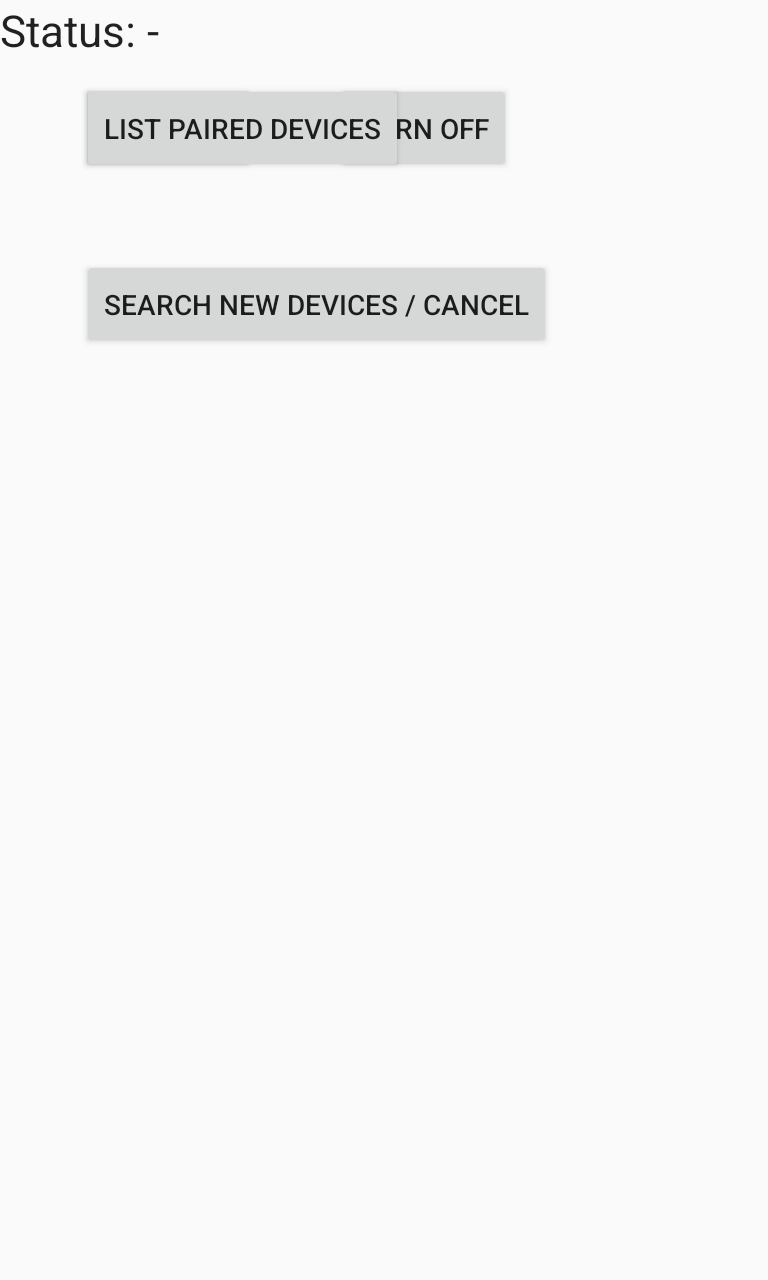
Repository: maayanGitHub/dont4getme
Layout: Dont4getMe/res/layout/activity_main.xml
The author's editor kept a copy of each file at every save. The layout is drawn from the files as they stood at one save, then again after the next save.
It is drawn on a 768 x 1280 px phone screen (xhdpi) without system bars, with theme AppTheme; the app's code is not run. Lists and similar views that code fills are empty.

Above is the layout before, as saved 2014-03-19 09:34:27.

### Dont4getMe/res/layout/activity_main.xml
<RelativeLayout xmlns:android="http://schemas.android.com/apk/res/android"
   xmlns:tools="http://schemas.android.com/tools"
   android:layout_width="match_parent"
   android:layout_height="match_parent"
   tools:context=".MainActivity" >

  <TextView
       android:id="@+id/text"
       android:layout_width="wrap_content"
       android:layout_height="wrap_content"
       android:textAppearance="?android:attr/textAppearanceLarge"
       android:text="@string/Text" />

   <LinearLayout
      android:layout_width="match_parent"
      android:layout_height="wrap_content"
      android:orientation="horizontal"
      android:layout_marginTop="30dp"
      android:layout_margin="20dip"  >

   <Button
      android:id="@+id/turnOn"
      android:layout_width="wrap_content"
      android:layout_height="wrap_content"
      android:text="@string/on"
      android:layout_margin="20dip" />

   <Button
      android:id="@+id/turnOff"
      android:layout_width="wrap_content"
      android:layout_height="wrap_content"
      android:text="@string/off"
      android:layout_margin="20dip"  />

   </LinearLayout>


   <LinearLayout
      android:layout_width="match_parent"
      android:layout_height="wrap_content"
      android:orientation="vertical"
      android:layout_marginTop="80dp"
      android:layout_margin="20dip"  >

	   <Button
	      android:id="@+id/paired"
	      android:layout_width="wrap_content"
	      android:layout_height="wrap_content"
	      android:text="@string/List"
	      android:layout_margin="20dip" />

	   <Button
	      android:id="@+id/search"
	      android:layout_width="wrap_content"
	      android:layout_height="wrap_content"
	      android:text="@string/Find"
	      android:layout_margin="20dip" />

	   <ListView
	       android:id="@+id/listView1"
	       android:layout_width="fill_parent"
	       android:layout_height="200dp"
	       android:layout_margin="20dip"  >

	   </ListView>

   </LinearLayout>

</RelativeLayout>

### Dont4getMe/res/values/strings.xml
<?xml version="1.0" encoding="utf-8"?>
<resources>

    <string name="app_name">BluetoothTest</string>
    <string name="action_settings">Settings</string>
    <string name="Text">Status: -</string>
    <string name="on">Turn On</string>
    <string name="off">Turn Off</string>
    <string name="List">List paired Devices</string>
    <string name="Find">Search new Devices / Cancel</string>
    <string name="status_not_found"> Status: not supported</string>
    <string name="status_disconnected"> Status: Disconnected</string>



</resources>

Loaded but not shown: Dont4getMe/res/values/styles.xml (common file); Dont4getMe/res/values-v11/styles.xml (common file); Dont4getMe/res/values-v14/styles.xml (common file)

After the next save:
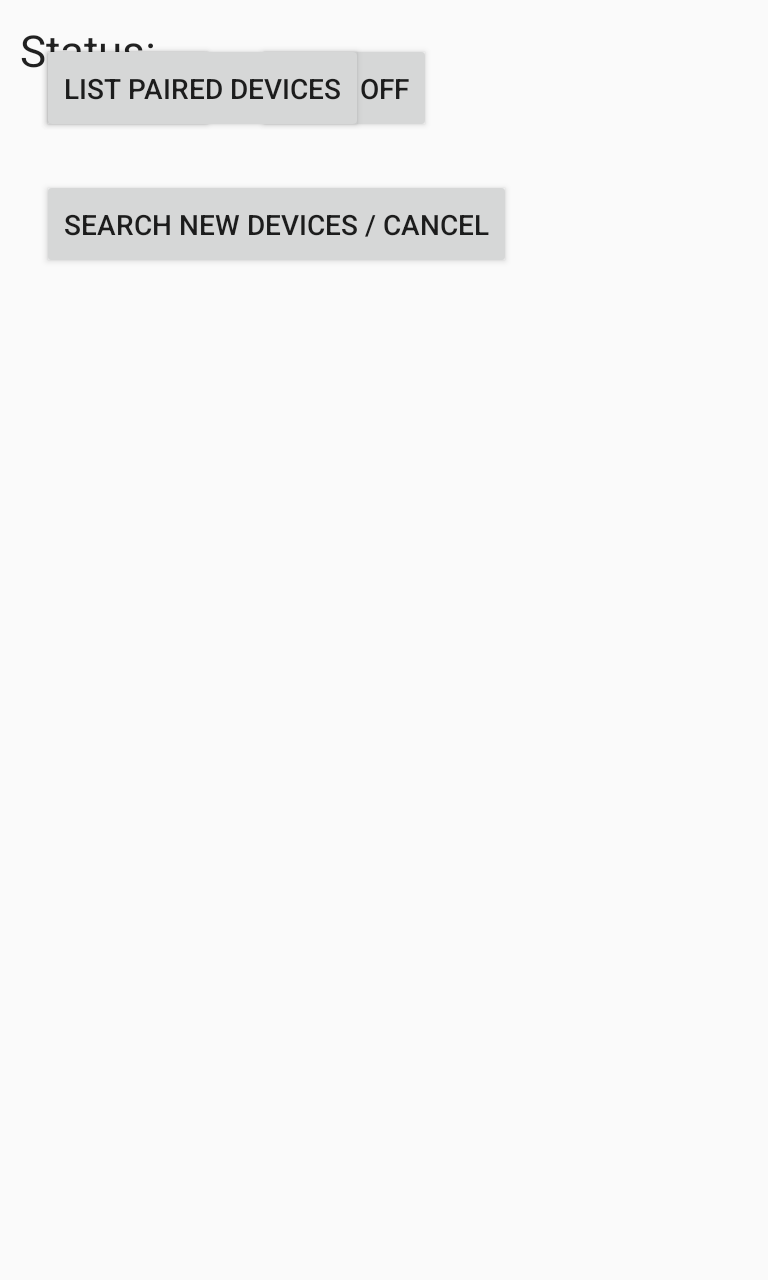
Saved 31 s later.
--- a/Dont4getMe/res/layout/activity_main.xml
+++ b/Dont4getMe/res/layout/activity_main.xml
@@ -9,28 +9,29 @@
        android:layout_width="wrap_content"
        android:layout_height="wrap_content"
        android:textAppearance="?android:attr/textAppearanceLarge"
-       android:text="@string/Text" />
+       android:text="@string/Text"
+       android:layout_margin="10dip" />
 
    <LinearLayout
       android:layout_width="match_parent"
       android:layout_height="wrap_content"
       android:orientation="horizontal"
       android:layout_marginTop="30dp"
-      android:layout_margin="20dip"  >
+      android:layout_margin="10dip"  >
 
    <Button
       android:id="@+id/turnOn"
       android:layout_width="wrap_content"
       android:layout_height="wrap_content"
       android:text="@string/on"
-      android:layout_margin="20dip" />
+      android:layout_margin="10dip" />
 
    <Button
       android:id="@+id/turnOff"
       android:layout_width="wrap_content"
       android:layout_height="wrap_content"
       android:text="@string/off"
-      android:layout_margin="20dip"  />
+      android:layout_margin="10dip"  />
 
    </LinearLayout>
 
@@ -40,27 +41,27 @@
       android:layout_height="wrap_content"
       android:orientation="vertical"
       android:layout_marginTop="80dp"
-      android:layout_margin="20dip"  >
+      android:layout_margin="10dip"  >
 
 	   <Button
 	      android:id="@+id/paired"
 	      android:layout_width="wrap_content"
 	      android:layout_height="wrap_content"
 	      android:text="@string/List"
-	      android:layout_margin="20dip" />
+	      android:layout_margin="10dip" />
 
 	   <Button
 	      android:id="@+id/search"
 	      android:layout_width="wrap_content"
 	      android:layout_height="wrap_content"
 	      android:text="@string/Find"
-	      android:layout_margin="20dip" />
+	      android:layout_margin="10dip" />
 
 	   <ListView
 	       android:id="@+id/listView1"
 	       android:layout_width="fill_parent"
 	       android:layout_height="200dp"
-	       android:layout_margin="20dip"  >
+	       android:layout_margin="10dip"  >
 
 	   </ListView>
 
